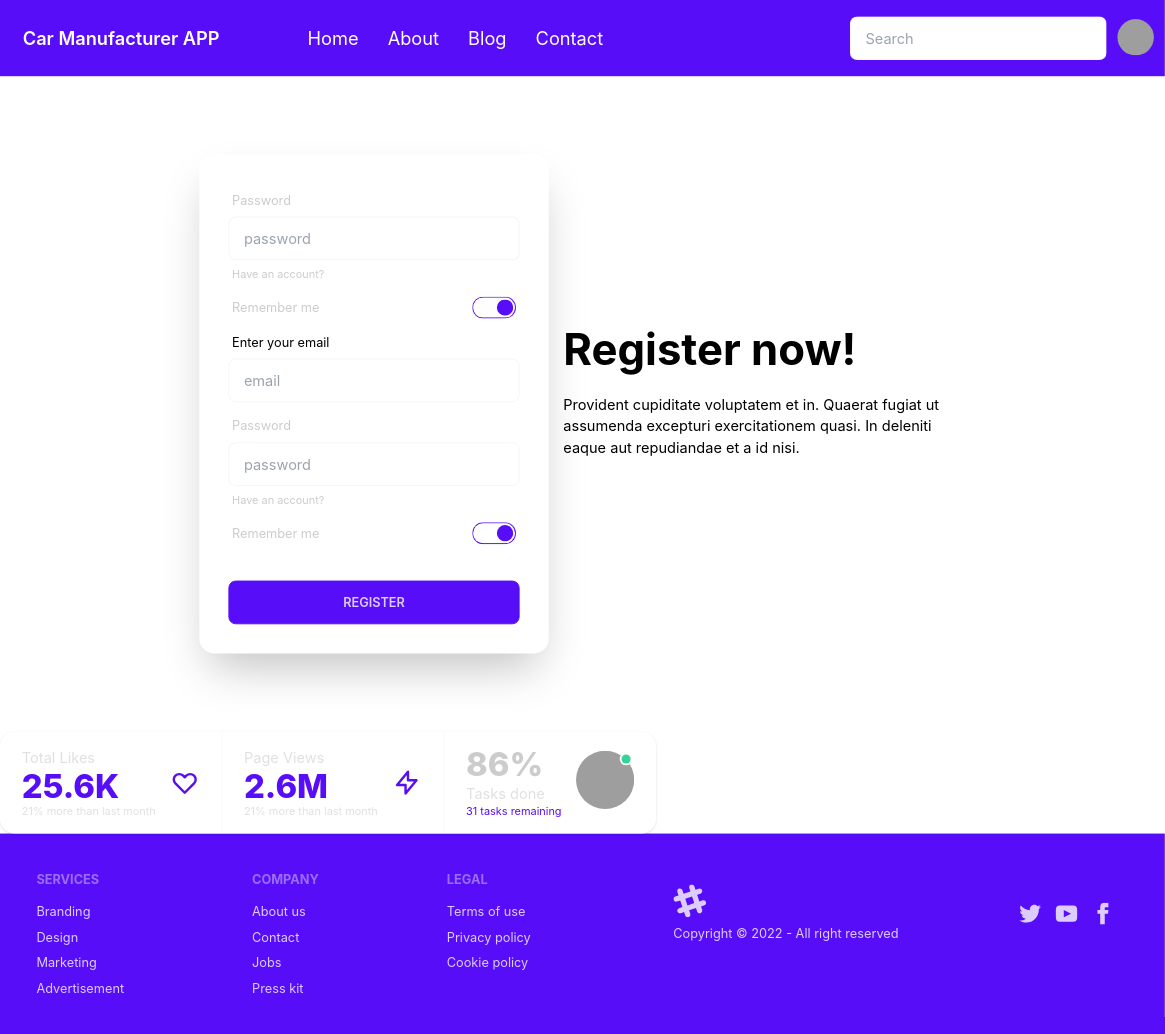
Repository: devsajid/car-manufacturer-app
Page: /register
These files come from the project's save history. The page is drawn as it stood at one moment and after the next save; the edit follows.
The browser window is 1280 px wide. The pictures show the whole page, at 91% of full size.
Pictures or frames that could not be fetched are drawn as grey boxes. The project was rebuilt for these pictures with package versions that can differ from the ones it lists, and the page was loaded fresh each time. Also part of the build but not shown: src/App.css, src/Pages/Home/Home.js, src/Pages/About/About.js, src/Pages/Blog/Blog.js, src/Pages/Contact/Contact.js, src/Pages/Register/Login/Login.js.

Above is the page before, as saved 2022-05-23 00:02:19.

### src/App.js
import "./App.css";
import Navbar from "./SharedComponents/Navbar/Navbar";
import Home from "./Pages/Home/Home";
import About from "./Pages/About/About";
import Blog from "./Pages/Blog/Blog";
import { Routes, Route } from "react-router-dom";
import Contact from "./Pages/Contact/Contact";
import Register from "./Pages/Register/Register";
import Login from "./Pages/Register/Login/Login";
import Footer from "./SharedComponents/Footer/Footer";
import Portfolio from "./Pages/Portfolio/Portfolio";

function App() {
  return (
    <div>
      <Navbar></Navbar>
      <Routes>
        <Route path="/" element={<Home />} />
        <Route path="about" element={<About />} />
        <Route path="blog" element={<Blog />} />
        <Route path="contact" element={<Contact />} />
        <Route path="register" element={<Register />} />
        <Route path="login" element={<Login />} />
      </Routes>
      <Portfolio></Portfolio>
      <Footer></Footer>
    </div>
  );
}

export default App;

### src/SharedComponents/Navbar/Navbar.js
import React from "react";
import { Link } from "react-router-dom";

const Navbar = () => {
  return (
    <div>
      <div class="navbar bg-neutral text-base-100">
        <div class="navbar-start text-base-100">
          <div class="dropdown">
            <label tabindex="0" class="btn btn-ghost lg:hidden">
              <svg
                xmlns="http://www.w3.org/2000/svg"
                class="h-5 w-5"
                fill="none"
                viewBox="0 0 24 24"
                stroke="currentColor"
              >
                <path
                  stroke-linecap="round"
                  stroke-linejoin="round"
                  stroke-width="2"
                  d="M4 6h16M4 12h8m-8 6h16"
                />
              </svg>
            </label>
            <ul
              tabindex="0"
              class="menu menu-compact dropdown-content mt-3 p-2 shadow bg-neutral base-100 rounded-box w-100"
            >
              <li>
                <a>Home</a>
              </li>
              <li>
                <a>About</a>
              </li>
              <li>
                <a>Blog</a>
              </li>
              <li>
                <a>Contact</a>
              </li>
            </ul>
          </div>
          <a className="btn btn-ghost bg- normal-case text-base-100 text-xl">
            Car Manufacturer APP
          </a>
        </div>
        <div class="navbar hidden lg:flex">
          <ul class="menu menu-horizontal text-xl p-0">
            <li>
              <Link to="/">Home</Link>
            </li>

            <li>
              <Link to="/about">About</Link>
            </li>
            <li>
              <Link to="/blog">Blog</Link>
            </li>
            <li>
              <Link to="/contact">Contact</Link>
            </li>
          </ul>
        </div>
        <div class="flex-none gap-2">
          <div class="form-control">
            <input
              type="text"
              placeholder="Search"
              class="input input-bordered"
            />
          </div>
          <div class="dropdown dropdown-end navbar-end">
            <label tabindex="0" class="btn btn-ghost btn-circle avatar">
              <div class="w-10 rounded-full">
                <img src="https://api.lorem.space/image/face?hash=33791" />
              </div>
            </label>
            <ul
              tabindex="0"
              class="mt-3 p-2 shadow menu menu-compact dropdown-content bg-neutral base-100 rounded-box w-52"
            >
              <li>
                <a class="justify-between">
                  Profile
                  <span class="badge">New</span>
                </a>
              </li>
              <li>
                <Link to="/register">Register</Link>
              </li>
              <li>
                <a>Logout</a>
              </li>
            </ul>
          </div>
        </div>
      </div>
    </div>
  );
};

export default Navbar;

### src/Pages/Register/Register.js
import React from "react";
import { Link } from "react-router-dom";

const Register = () => {
  return (
    <div>
      <div class="hero min-h-screen bg-base-100">
        <div class="hero-content flex-col lg:flex-row-reverse">
          <div class="text-center lg:text-left" style={{ width: "30rem" }}>
            <h1 class="text-5xl font-bold text-black">Register now!</h1>
            <p class="py-6 text-black">
              Provident cupiditate voluptatem et in. Quaerat fugiat ut assumenda
              excepturi exercitationem quasi. In deleniti eaque aut repudiandae
              et a id nisi.
            </p>
          </div>
          <div class="card flex-shrink-0 w-full max-w-sm shadow-2xl bg-base-100">
            <div class="card-body">
              <div class="form-control">
              <div class="form-control text-black">
                <label class="label">
                  <span class="label-text" placeholder="Enter your password">
                    Password
                  </span>
                </label>
                <input
                  type="text"
                  placeholder="password"
                  class="input input-bordered"
                />
                <label class="label">
                  <Link to="/login" class="label-text-alt link link-hover">
                    Have an account?
                  </Link>
                </label>
                <label class="label cursor-pointer">
                  <span class="label-text">Remember me</span>
                  <input
                    type="checkbox"
                    class="toggle toggle-primary"
                    checked
                  />
                </label>
              </div>{/* <label class="label text-black">
                  <span
                    class="label-text text-black"
                    placeholder="Enter your first name"
                  >
                    Enter your first name
                  </span>
                </label>
                <label class="label ">
                  <span
                    class="label-text text-black"
                    placeholder="Enter your last name"
                  >
                    Enter your last name
                  </span>
                </label> */}
                <label class="label ">
                  <span
                    class="label-text text-black"
                    placeholder="Enter your email"
                  >
                    Enter your email
                  </span>
                </label>
                <input
                  type="text"
                  placeholder="email"
                  class="input input-bordered text-black"
                />
              </div>
              <div class="form-control text-black">
                <label class="label">
                  <span class="label-text" placeholder="Enter your password">
                    Password
                  </span>
                </label>
                <input
                  type="text"
                  placeholder="password"
                  class="input input-bordered"
                />
                <label class="label">
                  <Link to="/login" class="label-text-alt link link-hover">
                    Have an account?
                  </Link>
                </label>
                <label class="label cursor-pointer">
                  <span class="label-text">Remember me</span>
                  <input
                    type="checkbox"
                    class="toggle toggle-primary"
                    checked
                  />
                </label>
              </div>
              <div class="form-control mt-6">
                <button class="btn btn-primary">Register</button>
              </div>
            </div>
          </div>
        </div>
      </div>
    </div>
  );
};

export default Register;

### src/SharedComponents/Footer/Footer.js
import React from "react";

const Footer = () => {
  return (
    <div>
      <footer class="footer p-10 bg-neutral text-neutral-content">
        <div>
          <span class="footer-title">Services</span>
          <a class="link link-hover">Branding</a>
          <a class="link link-hover">Design</a>
          <a class="link link-hover">Marketing</a>
          <a class="link link-hover">Advertisement</a>
        </div>
        <div>
          <span class="footer-title">Company</span>
          <a class="link link-hover">About us</a>
          <a class="link link-hover">Contact</a>
          <a class="link link-hover">Jobs</a>
          <a class="link link-hover">Press kit</a>
        </div>
        <div>
          <span class="footer-title">Legal</span>
          <a class="link link-hover">Terms of use</a>
          <a class="link link-hover">Privacy policy</a>
          <a class="link link-hover">Cookie policy</a>
        </div>

        <div class="footer items-center p-4 bg-neutral text-neutral-content">
          <div class=" items-center">
            <svg
              width="36"
              height="36"
              viewBox="0 0 24 24"
              xmlns="http://www.w3.org/2000/svg"
              fill-rule="evenodd"
              clip-rule="evenodd"
              class="fill-current"
            >
              <path d="M22.672 15.226l-2.432.811.841 2.515c.33 1.019-.209 2.127-1.23 2.456-1.15.325-2.148-.321-2.463-1.226l-.84-2.518-5.013 1.677.84 2.517c.391 1.203-.434 2.542-1.831 2.542-.88 0-1.601-.564-1.86-1.314l-.842-2.516-2.431.809c-1.135.328-2.145-.317-2.463-1.229-.329-1.018.211-2.127 1.231-2.456l2.432-.809-1.621-4.823-2.432.808c-1.355.384-2.558-.59-2.558-1.839 0-.817.509-1.582 1.327-1.846l2.433-.809-.842-2.515c-.33-1.02.211-2.129 1.232-2.458 1.02-.329 2.13.209 2.461 1.229l.842 2.515 5.011-1.677-.839-2.517c-.403-1.238.484-2.553 1.843-2.553.819 0 1.585.509 1.85 1.326l.841 2.517 2.431-.81c1.02-.33 2.131.211 2.461 1.229.332 1.018-.21 2.126-1.23 2.456l-2.433.809 1.622 4.823 2.433-.809c1.242-.401 2.557.484 2.557 1.838 0 .819-.51 1.583-1.328 1.847m-8.992-6.428l-5.01 1.675 1.619 4.828 5.011-1.674-1.62-4.829z"></path>
            </svg>
            <p>Copyright © 2022 - All right reserved</p>
          </div>
          <div class="grid-flow-col gap-4 md:place-self-center md:justify-self-end">
            <a>
              <svg
                xmlns="http://www.w3.org/2000/svg"
                width="24"
                height="24"
                viewBox="0 0 24 24"
                class="fill-current"
              >
                <path d="M24 4.557c-.883.392-1.832.656-2.828.775 1.017-.609 1.798-1.574 2.165-2.724-.951.564-2.005.974-3.127 1.195-.897-.957-2.178-1.555-3.594-1.555-3.179 0-5.515 2.966-4.797 6.045-4.091-.205-7.719-2.165-10.148-5.144-1.29 2.213-.669 5.108 1.523 6.574-.806-.026-1.566-.247-2.229-.616-.054 2.281 1.581 4.415 3.949 4.89-.693.188-1.452.232-2.224.084.626 1.956 2.444 3.379 4.6 3.419-2.07 1.623-4.678 2.348-7.29 2.04 2.179 1.397 4.768 2.212 7.548 2.212 9.142 0 14.307-7.721 13.995-14.646.962-.695 1.797-1.562 2.457-2.549z"></path>
              </svg>
            </a>
            <a>
              <svg
                xmlns="http://www.w3.org/2000/svg"
                width="24"
                height="24"
                viewBox="0 0 24 24"
                class="fill-current"
              >
                <path d="M19.615 3.184c-3.604-.246-11.631-.245-15.23 0-3.897.266-4.356 2.62-4.385 8.816.029 6.185.484 8.549 4.385 8.816 3.6.245 11.626.246 15.23 0 3.897-.266 4.356-2.62 4.385-8.816-.029-6.185-.484-8.549-4.385-8.816zm-10.615 12.816v-8l8 3.993-8 4.007z"></path>
              </svg>
            </a>
            <a>
              <svg
                xmlns="http://www.w3.org/2000/svg"
                width="24"
                height="24"
                viewBox="0 0 24 24"
                class="fill-current"
              >
                <path d="M9 8h-3v4h3v12h5v-12h3.642l.358-4h-4v-1.667c0-.955.192-1.333 1.115-1.333h2.885v-5h-3.808c-3.596 0-5.192 1.583-5.192 4.615v3.385z"></path>
              </svg>
            </a>
          </div>
        </div>
      </footer>
    </div>
  );
};

export default Footer;

### src/Pages/Portfolio/Portfolio.js
import React from "react";

const Portfolio = () => {
  return (
    <div>
      <div class="stats shadow">
        <div class="stat">
          <div class="stat-figure text-primary">
            <svg
              xmlns="http://www.w3.org/2000/svg"
              fill="none"
              viewBox="0 0 24 24"
              class="inline-block w-8 h-8 stroke-current"
            >
              <path
                stroke-linecap="round"
                stroke-linejoin="round"
                stroke-width="2"
                d="M4.318 6.318a4.5 4.5 0 000 6.364L12 20.364l7.682-7.682a4.5 4.5 0 00-6.364-6.364L12 7.636l-1.318-1.318a4.5 4.5 0 00-6.364 0z"
              ></path>
            </svg>
          </div>
          <div class="stat-title">Total Likes</div>
          <div class="stat-value text-primary">25.6K</div>
          <div class="stat-desc">21% more than last month</div>
        </div>

        <div class="stat">
          <div class="stat-figure text-secondary">
            <svg
              xmlns="http://www.w3.org/2000/svg"
              fill="none"
              viewBox="0 0 24 24"
              class="inline-block w-8 h-8 stroke-current"
            >
              <path
                stroke-linecap="round"
                stroke-linejoin="round"
                stroke-width="2"
                d="M13 10V3L4 14h7v7l9-11h-7z"
              ></path>
            </svg>
          </div>
          <div class="stat-title">Page Views</div>
          <div class="stat-value text-secondary">2.6M</div>
          <div class="stat-desc">21% more than last month</div>
        </div>

        <div class="stat">
          <div class="stat-figure text-secondary">
            <div class="avatar online">
              <div class="w-16 rounded-full">
                <img src="https://api.lorem.space/image/face?w=128&h=128" />
              </div>
            </div>
          </div>
          <div class="stat-value">86%</div>
          <div class="stat-title">Tasks done</div>
          <div class="stat-desc text-secondary">31 tasks remaining</div>
        </div>
      </div>
    </div>
  );
};

export default Portfolio;

### tailwind.config.js
module.exports = {
  content: ["./src/**/*.{js,jsx,ts,tsx}"],
  theme: {
    extend: {},
  },
  daisyui: {
    themes: [
      {
        mytheme: {
          primary: "#570DF8",

          secondary: "#570DF8",

          accent: "#F2F2F2",

          neutral: "#570DF8",

          info: "#3ABFF8",

          success: "#36D399",

          warning: "#FBBD23",

          error: "#F87272",
        },
      },
    ],
  },
  plugins: [require("daisyui")],
};

Loaded but not shown: public/index.html (common file); src/index.js (common file); src/index.css (common file); src/reportWebVitals.js (common file)

After the next save:
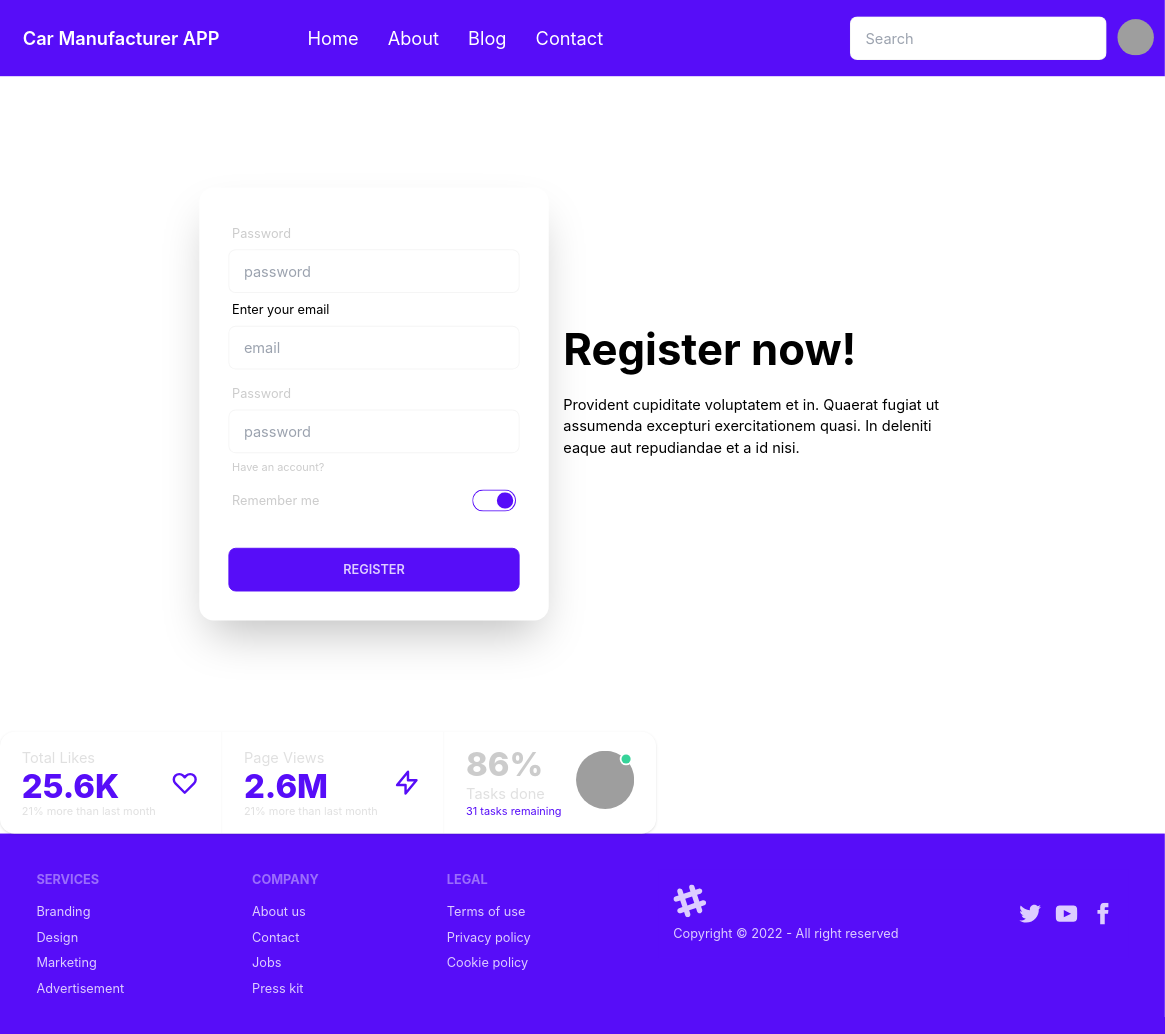
Saved 10 s later.
--- a/src/Pages/Register/Register.js
+++ b/src/Pages/Register/Register.js
@@ -17,31 +17,19 @@ const Register = () => {
           <div class="card flex-shrink-0 w-full max-w-sm shadow-2xl bg-base-100">
             <div class="card-body">
               <div class="form-control">
-              <div class="form-control text-black">
-                <label class="label">
-                  <span class="label-text" placeholder="Enter your password">
-                    Password
-                  </span>
-                </label>
-                <input
-                  type="text"
-                  placeholder="password"
-                  class="input input-bordered"
-                />
-                <label class="label">
-                  <Link to="/login" class="label-text-alt link link-hover">
-                    Have an account?
-                  </Link>
-                </label>
-                <label class="label cursor-pointer">
-                  <span class="label-text">Remember me</span>
+                <div class="form-control text-black">
+                  <label class="label">
+                    <span class="label-text" placeholder="Enter your password">
+                      Password
+                    </span>
+                  </label>
                   <input
-                    type="checkbox"
-                    class="toggle toggle-primary"
-                    checked
+                    type="text"
+                    placeholder="password"
+                    class="input input-bordered"
                   />
-                </label>
-              </div>{/* <label class="label text-black">
+                </div>
+                {/* <label class="label text-black">
                   <span
                     class="label-text text-black"
                     placeholder="Enter your first name"
